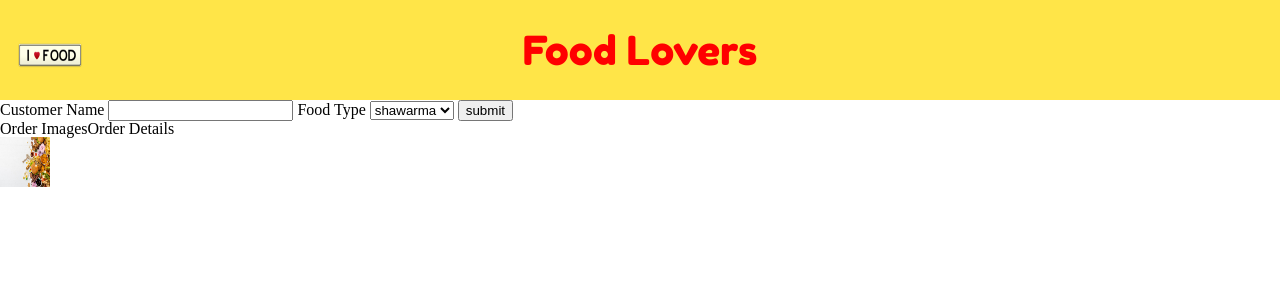
Repository: Razan-am/foodLovers
Page: index.html
These files come from the project's save history. The page is drawn as it stood at one moment and after a run of saves; the edit follows.
The browser window is 1280 px wide. The pictures show the whole page.

Above is the page before, as saved 2021-06-01 11:01:23.

### index.html
<!DOCTYPE html>
<html lang="en">

<head>
    <meta charset="UTF-8">
    <meta http-equiv="X-UA-Compatible" content="IE=edge">
    <meta name="viewport" content="width=device-width, initial-scale=1.0">
    <title>Food Lovers</title>
    <link rel="preconnect" href="https://fonts.gstatic.com">
    <link href="https://fonts.googleapis.com/css2?family=Fredoka+One&display=swap" rel="stylesheet">
    <link rel="stylesheet" href="css/reset.css">
    <link rel="stylesheet" href="css/style.css">
</head>

<body>
    <header>
        <h1>Food Lovers</h1>
        <img src="images/css images/logo.png" alt="logo">
    </header>
    <main>
        <form action="" id="myForm">
            <fieldset>
                <label for="name">Customer Name</label>
                <input type="text" id="name" name="name">
                <label for="food">Food Type</label>
                <select name="food" id="food">
                    <option value="shawarma">shawarma</option>
                    <option value="pizza">pizza</option>
                    <option value="burger">burger</option>
                </select>
                <input type="submit" value="submit">
            </fieldset>
        </form>
        <table id="myTable">
            <tr>
                <th>Order Images</th>
                <th>Order Details</th>
            </tr>
        </table>
        <img src="images/css images/background.jpg" alt="backGround">
    </main>
    <footer></footer>
    <script src="js/app.js"></script>
</body>

</html>

### css/style.css
*{
    box-sizing: border-box;
}
header{
    background-color: rgba(255, 229, 72, 255);
    height: 100px;
}
h1{
    font-family: 'Fredoka One', cursive;
    color: red;
    text-align: center;
    font-size: 40px;
    font-weight: lighter;
    padding-top: 30px;
}

header img{
    top: 5px;
    position: absolute;
    width: 100px;
    height: 100px;
}

img{
    width: 50px;
    height: 50px;
}
p{
    color: black;
}

### js/app.js
'use strict';

let myForm = document.getElementById('myForm');
let myTable = document.getElementById('myTable');


let mainArr = [];
function Foods(userName,foodType){
    this.userName=userName;
    this.foodType=foodType;
    this.img=`images/${foodType}.jpg`
    mainArr.push(this);
}
console.log(mainArr);

myForm.addEventListener('submit',handleEvent);
function handleEvent(event){
    event.preventDefault();

    let userName = event.target.name.value;
    let foodType = event.target.food.value;
    console.log(foodType);
    new Foods(userName,foodType);
    setting();
    render();
}

function randomNumber(min,max){
    min = Math.ceil(min);
    max = Math.floor(max);
    return Math.floor(Math.random() * (max - min) + min)
}

function render(){
    let tBody = document.createElement('tr');
    myTable.appendChild(tBody);

    for (let index = 0; index < mainArr.length; index++) {
        tBody.textContent='';

        let td1 = document.createElement('td');
        tBody.appendChild(td1);

        let imgEl = document.createElement('img');
        td1.appendChild(imgEl);
        imgEl.setAttribute('src', mainArr[index].img);

        let td2 = document.createElement('td');
        tBody.appendChild(td2);

        let pEl1 = document.createElement('p');
        td2.appendChild(pEl1);
        pEl1.textContent=`Customer Name:${mainArr[index].userName}`;
        let pEl2 = document.createElement('p');
        td2.appendChild(pEl2);
        pEl2.textContent=`Food Type:${mainArr[index].foodType}`;
        let pEl3 = document.createElement('p');
        td2.appendChild(pEl3);
        pEl3.textContent=`Food Price:${randomNumber(1,100)}`;


    }
}

function setting(){
    let data = JSON.stringify(mainArr);
    localStorage.setItem('information',data);
}

function getting(){
    let stringObj = localStorage.getItem('information');
    let normalObj = JSON.parse(stringObj);

    if(normalObj !== null){
        mainArr = normalObj;
    }
    render();
}
getting();

Loaded but not shown: css/reset.css (common file)

After the next 2 saves:
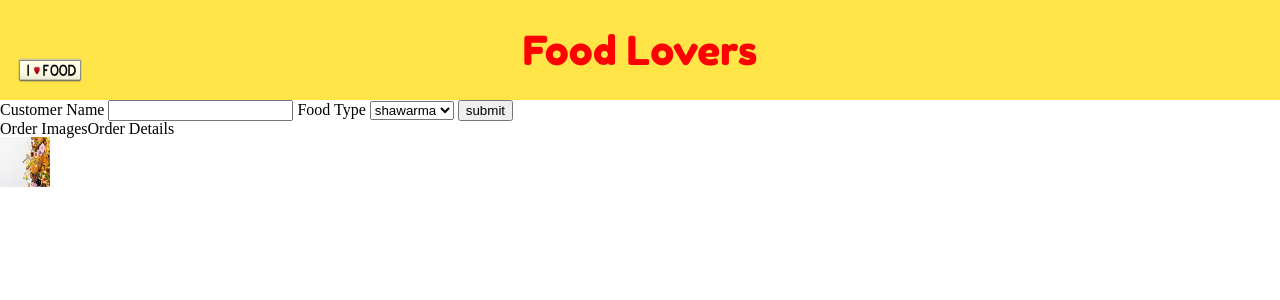
The 2 saves are shown as one change because they came seconds apart.
The last was saved 6 s later.
--- a/css/style.css
+++ b/css/style.css
@@ -15,7 +15,7 @@ h1{
 }
 
 header img{
-    top: 5px;
+    top: 20px;
     position: absolute;
     width: 100px;
     height: 100px;
